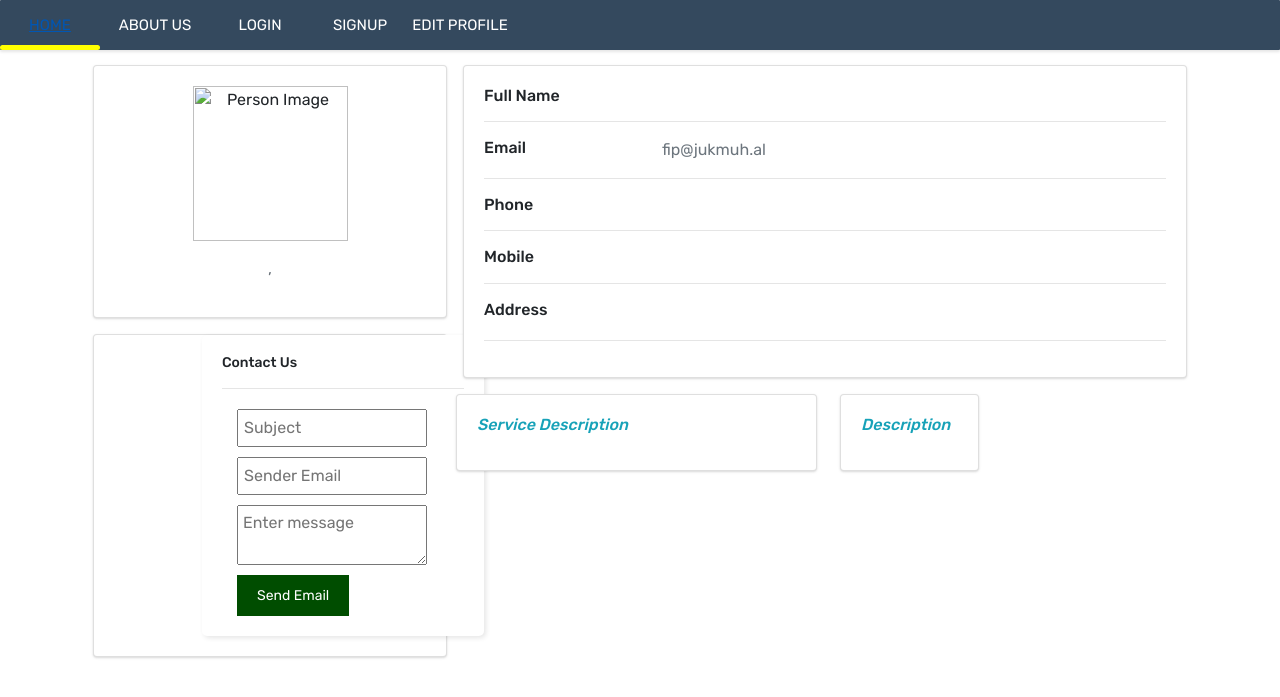
Repository: Chitti-g-k/Paw-Takers
Page: templates/profilepage.html
The author's editor kept a copy of each file at every save. The page is drawn from the files as they stood at one save, then again after the next save.
The browser window is 1280 px wide. The pictures show the whole page.
The template is drawn by Django 4.2. The application's start-up code is not run. The template is opened directly, without the code that normally fills it, so the values that code supplies are empty.

Above is the page before, as saved 2023-07-16 08:59:11.

After the next save:
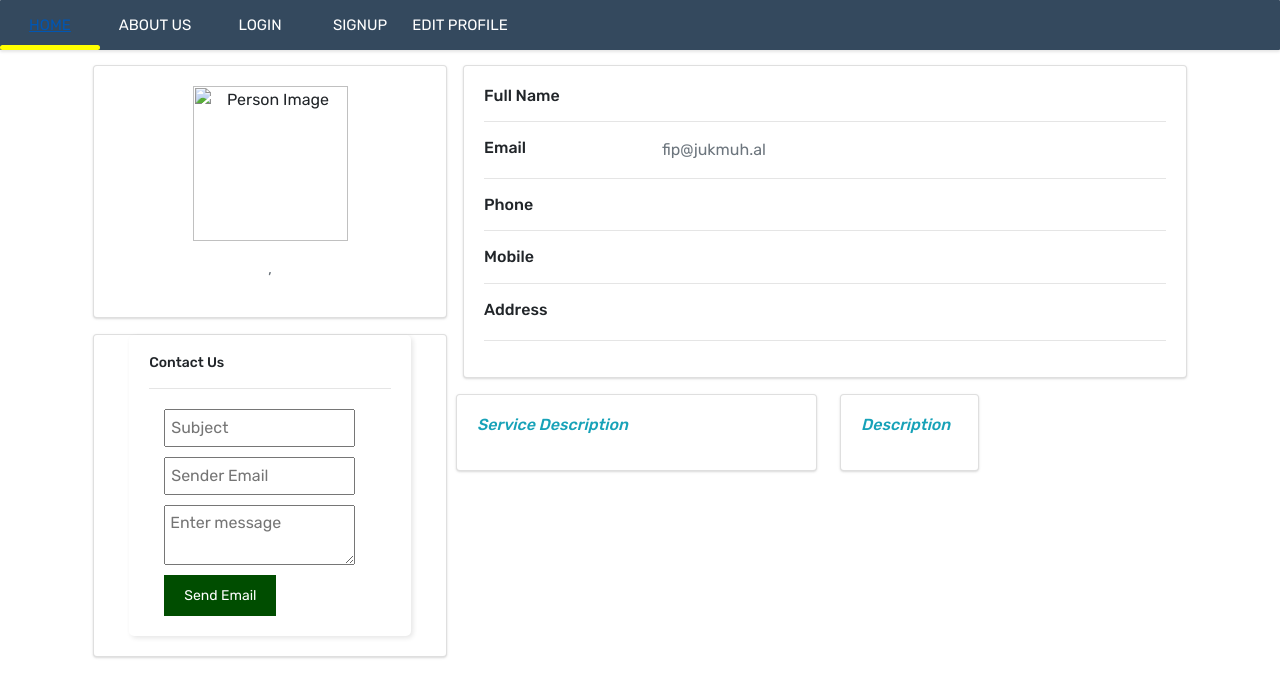
Saved 22 s later.
--- a/templates/profilepage.html
+++ b/templates/profilepage.html
@@ -207,7 +207,6 @@
             width: 80%;
             max-width: 800px;
             margin: 0 auto;
-            margin-left: 15vh;
             margin-bottom:20px;
             padding: 20px;
             background-color: #fff;
